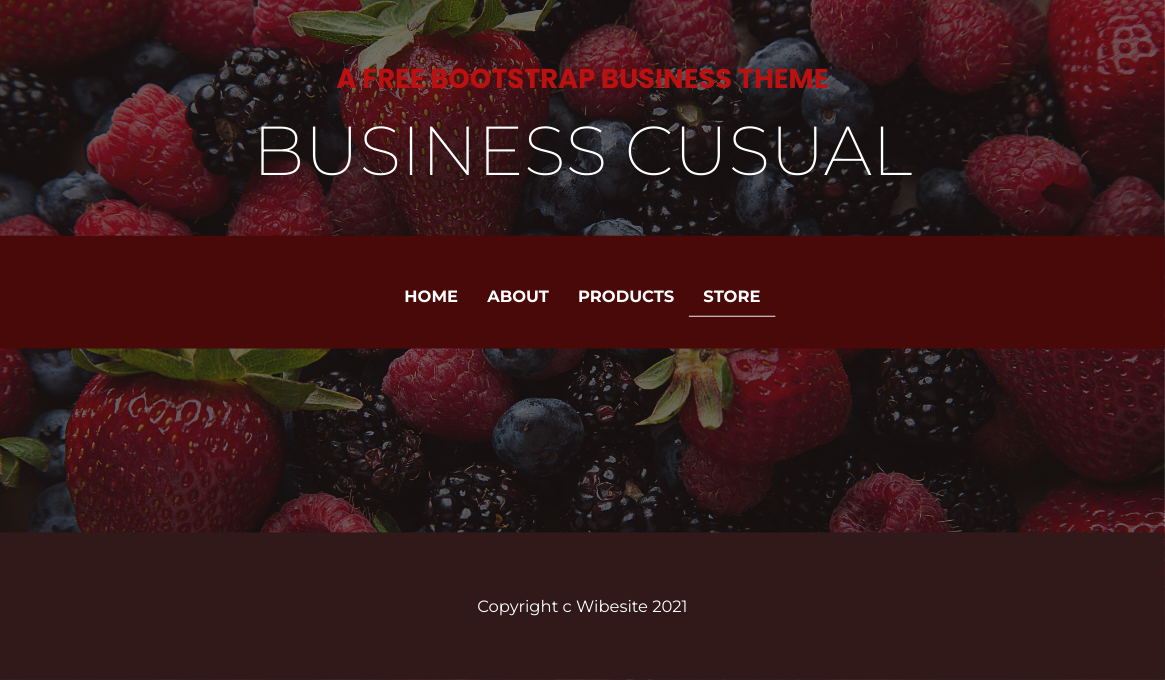
Repository: wadelfadill/tache_7_Business_bootstrap_theme
Page: store.html
The author's editor kept a copy of each file at every save. The page is drawn from the files as they stood at one save, then again after the next save.
The browser window is 1280 px wide. The pictures show the whole page, at 91% of full size.
Backgrounds fixed to the window are drawn as part of the page.

Above is the page before, as saved 2023-04-28 21:45:22.

After the next save:
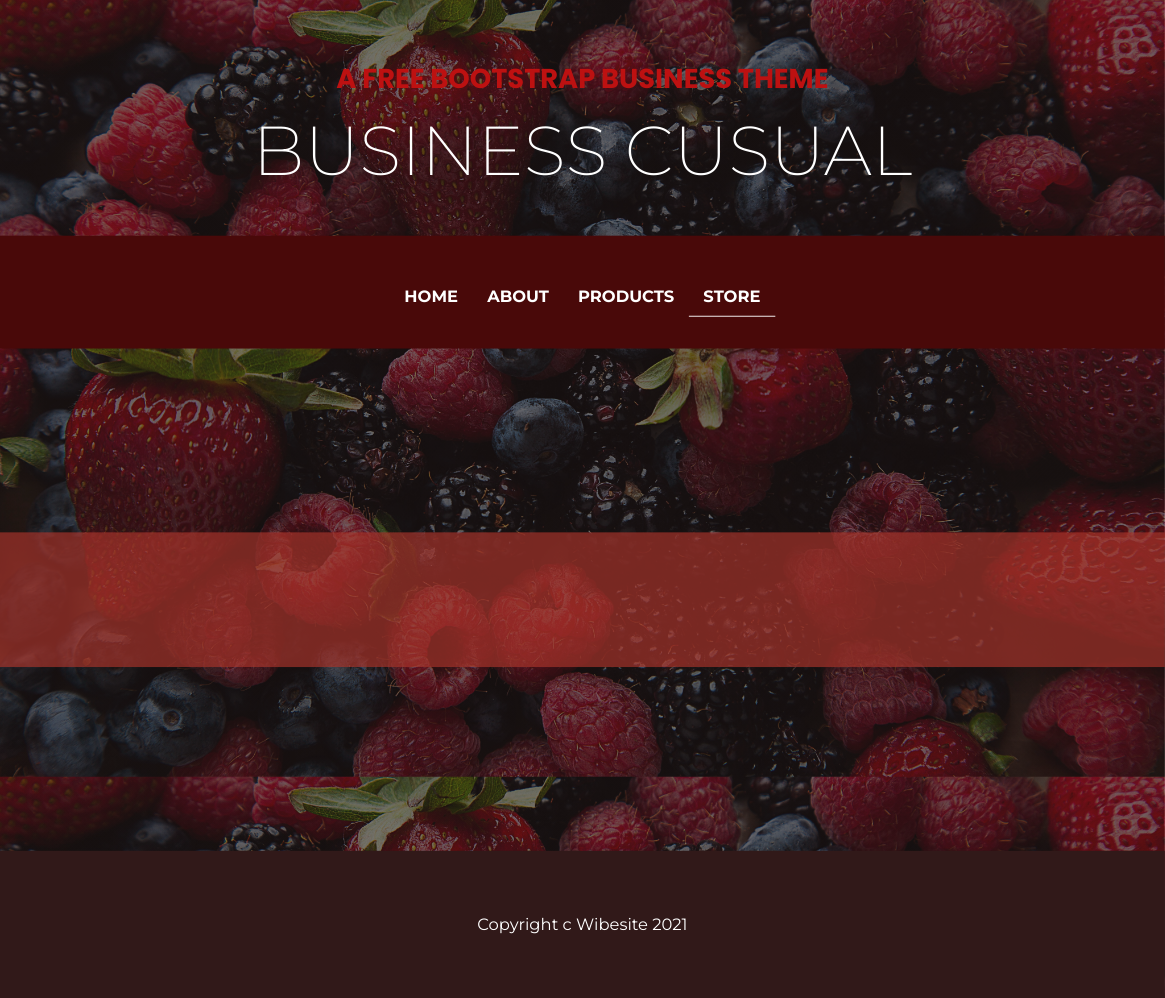
Saved 53 s later.
--- a/css/store_style.css
+++ b/css/store_style.css
@@ -16,4 +16,7 @@
     margin-top: 202px;
     margin-bottom: 202px;
     width: 100%;
+    padding-bottom: 74px;
+    padding-top: 74px;
+    background: var(--bg-red-opac);
 }
